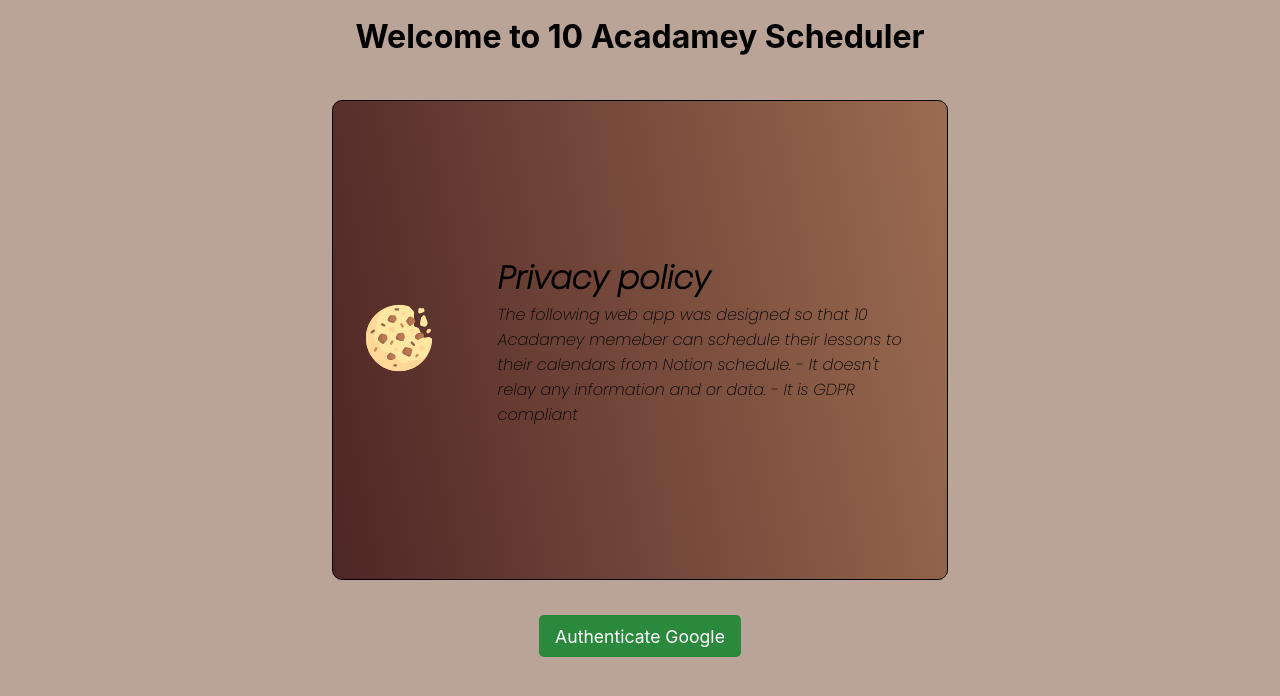
Repository: nebilarega/calendar-extractor
Page: / (app in frontend/)
An editor plug-in stored every save of this project. The page is shown before and after the next save, followed by the edit.
The browser window is 1280 px wide. The pictures show the whole page.
The project was rebuilt for these pictures with package versions that can differ from the ones it lists, and the page was loaded fresh each time.

Above is the page before, as saved 2022-08-25 00:16:42.

After the next save:
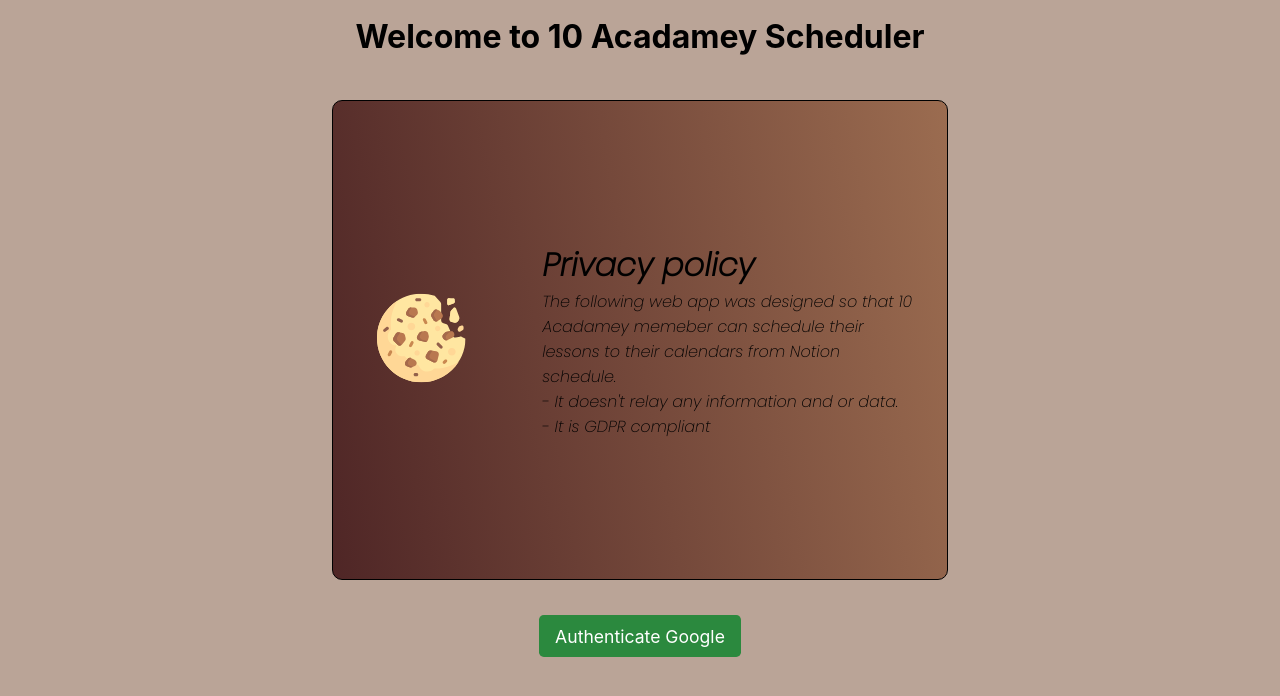
Saved 77 s later.
--- a/frontend/src/component/LandingPage.js
+++ b/frontend/src/component/LandingPage.js
@@ -224,9 +224,10 @@
               <p>
                 The following web app was designed so that 10 Acadamey memeber
                 can schedule their lessons to their calendars from Notion
-                schedule. - It doesn't relay any information and or data. - It
-                is GDPR compliant
+                schedule.
               </p>
+              <p>- It doesn't relay any information and or data.</p>
+              <p>- It is GDPR compliant</p>
             </div>
           </div>
         </div>
